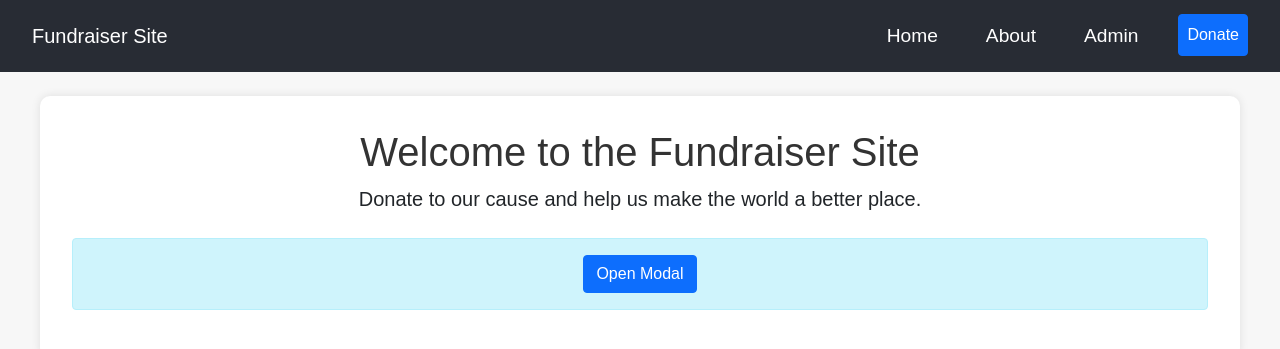
Repository: DragonFruit8/Fundraiser-Page
Page: /
These files come from the project's save history. The page is drawn as it stood at one moment and after the next save; the edit follows.
The browser window is 1280 px wide. The pictures show the whole page.
The project was rebuilt for these pictures with package versions that can differ from the ones it lists, and the page was loaded fresh each time. Also part of the build but not shown: src/pages/About.js, src/pages/Donate.js, src/pages/Admin.js.

Above is the page before, as saved 2024-07-19 14:13:58.

### public/index.html
<!DOCTYPE html>
<html lang="en">
  <head>
    <meta charset="utf-8" />
    <link rel="icon" href="%PUBLIC_URL%/favicon.ico" />
    <meta name="viewport" content="width=device-width, initial-scale=1" />
    <meta name="theme-color" content="#000000" />
    <meta
      name="description"
      content="Web site created using create-react-app"
    />
    <link rel="apple-touch-icon" href="%PUBLIC_URL%/logo192.png" />
    <link
      href="https://cdn.jsdelivr.net/npm/bootstrap@5.0.2/dist/css/bootstrap.min.css"
      rel="stylesheet"
      integrity="sha384-EVSTQN3/azprG1Anm3QDgpJLIm9Nao0Yz1ztcQTwFspd3yD65VohhpuuCOmLASjC"
      crossorigin="anonymous"
    />
    <!--
      manifest.json provides metadata used when your web app is installed on a
      user's mobile device or desktop. See https://developers.google.com/web/fundamentals/web-app-manifest/
    -->
    <link rel="manifest" href="%PUBLIC_URL%/manifest.json" />
    <!--
      Notice the use of %PUBLIC_URL% in the tags above.
      It will be replaced with the URL of the `public` folder during the build.
      Only files inside the `public` folder can be referenced from the HTML.

      Unlike "/favicon.ico" or "favicon.ico", "%PUBLIC_URL%/favicon.ico" will
      work correctly both with client-side routing and a non-root public URL.
      Learn how to configure a non-root public URL by running `npm run build`.
    -->
    <title>React App</title>
  </head>
  <body>
    <noscript>You need to enable JavaScript to run this app.</noscript>
    <div id="root"></div>
    <!--
      This HTML file is a template.
      If you open it directly in the browser, you will see an empty page.

      You can add webfonts, meta tags, or analytics to this file.
      The build step will place the bundled scripts into the <body> tag.

      To begin the development, run `npm start` or `yarn start`.
      To create a production bundle, use `npm run build` or `yarn build`.
    -->
    <script
      src="https://cdn.jsdelivr.net/npm/bootstrap@5.0.2/dist/js/bootstrap.bundle.min.js"
      integrity="sha384-MrcW6ZMFYlzcLA8Nl+NtUVF0sA7MsXsP1UyJoMp4YLEuNSfAP+JcXn/tWtIaxVXM"
      crossorigin="anonymous"
    ></script>
    <script
      src="https://cdn.jsdelivr.net/npm/@popperjs/core@2.9.2/dist/umd/popper.min.js"
      integrity="sha384-IQsoLXl5PILFhosVNubq5LC7Qb9DXgDA9i+tQ8Zj3iwWAwPtgFTxbJ8NT4GN1R8p"
      crossorigin="anonymous"
    ></script>
    <script
      src="https://cdn.jsdelivr.net/npm/bootstrap@5.0.2/dist/js/bootstrap.min.js"
      integrity="sha384-cVKIPhGWiC2Al4u+LWgxfKTRIcfu0JTxR+EQDz/bgldoEyl4H0zUF0QKbrJ0EcQF"
      crossorigin="anonymous"
    ></script>
  </body>
</html>

### src/App.js
import React from 'react';
import { BrowserRouter as Router, Route, Routes } from 'react-router-dom';
import Home from './pages/HomeContainer';
import About from './pages/About';
import Donate from './pages/Donate';
import Admin from './pages/Admin';
import GlobalStyle from './globalStyles';
import Navbar from './components/Navbar';
import './App.css';

const App = () => {
  return (
    <Router>
      <GlobalStyle />
        <Navbar />
      <Routes>
          <Route exact path="/" element={<Home />} />
          <Route path="/about" element={<About />} />
          <Route path="/donate" element={<Donate />} />
          <Route path="/admin" element={<Admin />} />
      </Routes>
    </Router>
  );
};

export default App;

### src/pages/HomeContainer.js

import React, { useState } from 'react';


const HomeContainer = () => {
    const [residentialInfo, setResidentialInfo] = useState({
        name: '',
        email: '',
        address: '',
        city: '',
        state: '',
        zipCode: ''
    });

    const handleChange = (e) => {
        setResidentialInfo({
            ...residentialInfo,
            [e.target.name]: e.target.value
        });
    };

    const handleSubmit = (e) => {
        e.preventDefault();
        // Send residentialInfo to the association for neighbors
        console.log(residentialInfo);
        // Reset the form
        setResidentialInfo({
            name: '',
            email: '',
            address: '',
            city: '',
            state: '',
            zipCode: ''
        });
    };

    return (
        <div className="container mt-4 text-center">
            <h1>Welcome to the Fundraiser Site</h1>
            <p className="lead">Donate to our cause and help us make the world a better place.</p>
            <div className="alert alert-info mt-4" role="alert">
            <button type="button" className="btn btn-primary" data-bs-toggle="modal" data-bs-target="#exampleModal">
                Open Modal
                </button>
            </div>

            <div className="modal fade" id="exampleModal" tabIndex="-1" aria-labelledby="exampleModalLabel" aria-hidden="true">
                <div className="modal-dialog">
                    <div className="modal-content">
                        <div className="modal-header">
                            <h5 className="modal-title" id="exampleModalLabel">Welcome to the Fundraiser Site</h5>
                            <button type="button" className="btn-close" data-bs-dismiss="modal" aria-label="Close"></button>
                        </div>
                        <div className="modal-body">
                            <p className="lead">Donate to our cause and help us make the world a better place.</p>
                            {/* A note for the resident */}
                            <div className="alert alert-info mt-4" role="alert">
                                <h4 className="alert-heading">Note for the Resident</h4>
                                <p>
                                    Please provide your residential information so we can keep you updated on our fundraising events.
                                </p>
                            </div>
                            <div className="card mt-4">
                                <div className="card-body">
                                    <h5 className="card-title">Join our Community of Helpful individuals</h5>
                                    <form onSubmit={handleSubmit}>
                                        <div className="mb-3">
                                            <label htmlFor="name" className="form-label">Name</label>
                                            <input type="text" className="form-control" id="name" placeholder="Enter your name" />
                                        </div>
                                        <div className="mb-3">
                                            <label htmlFor="email" className="form-label">Email</label>
                                            <input type="email" className="form-control" id="email" placeholder="Enter your email" />
                                        </div>
                                        <div className="mb-3">
                                            <label htmlFor="address" className="form-label">Address</label>
                                            <input type="text" className="form-control" id="address" name="address" value={residentialInfo.address} onChange={handleChange} placeholder="Enter your address" />
                                        </div>
                                        <div className="mb-3">
                                            <label htmlFor="city" className="form-label">City</label>
                                            <input type="text" className="form-control" id="city" name="city" value={residentialInfo.city} onChange={handleChange} placeholder="Enter your city" />
                                        </div>
                                        <div className="mb-3">
                                            <label htmlFor="state" className="form-label">State</label>
                                            <input type="text" className="form-control" id="state" name="state" value={residentialInfo.state} onChange={handleChange} placeholder="Enter your state" />
                                        </div>
                                        <div className="mb-3">
                                            <label htmlFor="zipCode" className="form-label">Zip Code</label>
                                            <input type="text" className="form-control" id="zipCode" name="zipCode" value={residentialInfo.zipCode} onChange={handleChange} placeholder="Enter your zip code" />
                                        </div>
                                        <button type="submit" className="btn btn-primary">Submit</button>
                                    </form>
                                </div>
                            </div>
                        </div>
                    </div>
                </div>
            </div>
        </div>
    );
    };


export default HomeContainer;

### src/globalStyles.js
import { createGlobalStyle } from 'styled-components';

const GlobalStyle = createGlobalStyle`
  body {
    margin: 0;
    padding: 0;
    font-family: 'Arial', sans-serif;
    background-color: #f7f7f7;
  }

  nav {
    background-color: #333;
    padding: 1rem;
    display: flex;
    justify-content: center;
  }

  nav a {
    color: #fff;
    margin: 0 1rem;
    text-decoration: none;
    font-size: 1.2rem;
  }

  nav a:hover {
    text-decoration: underline;
  }

  .container {
    max-width: 1200px;
    margin: 0 auto;
    padding: 2rem;
    background-color: #fff;
    box-shadow: 0 0 10px rgba(0, 0, 0, 0.1);
    border-radius: 10px;
  }

  h1 {
    color: #333;
  }

  button {
    background-color: #007BFF;
    color: #fff;
    border: none;
    padding: 0.5rem 1rem;
    font-size: 1rem;
    border-radius: 5px;
    cursor: pointer;
  }

  button:hover {
    background-color: #0056b3;
  }

  input {
    padding: 0.5rem;
    font-size: 1rem;
    margin-right: 0.5rem;
    border-radius: 5px;
    border: 1px solid #ccc;
  }
`;

export default GlobalStyle;

### src/components/Navbar.js
import React from 'react';
import { Link } from 'react-router-dom';

const Navbar = () => {
    return (
        <nav className="navbar navbar-expand-lg text-white">

                <Link className="navbar-brand" to="/">Fundraiser Site</Link>
                <button className="navbar-toggler" type="button" data-bs-toggle="collapse" data-bs-target="#navbarNav" aria-controls="navbarNav" aria-expanded="false" aria-label="Toggle navigation">
                    <span className="navbar-toggler-icon"></span>
                </button>
                <div className="collapse navbar-collapse" id="navbarNav">
                    <ul className="navbar-nav ms-auto">
                        <li className="nav-item">
                            <Link className="nav-link" to="/">Home</Link>
                        </li>
                        <li className="nav-item">
                            <Link className="nav-link" to="/about">About</Link>
                        </li>
                        <li className="nav-item">
                            <Link className="nav-link" to="/admin">Admin</Link>
                        </li>
                        <li className="nav-item">
                            <Link className="nav-link btn btn-primary text-white" to="/donate">Donate</Link>
                        </li>
                    </ul>
                </div>
        </nav>
    );
}

export default Navbar;

### src/App.css
.App {
  text-align: center;
}

.App-logo {
  height: 40vmin;
  pointer-events: none;
}

@media (prefers-reduced-motion: no-preference) {
  .App-logo {
    animation: App-logo-spin infinite 20s linear;
  }
}

.App-header {
  background-color: #282c34;
  min-height: 100vh;
  display: flex;
  flex-direction: column;
  align-items: center;
  justify-content: center;
  font-size: calc(10px + 2vmin);
  color: white;
}

.App-link {
  color: #61dafb;
}
nav.navbar {
  background-color: #282c34 !important;
  min-height: 10vh !important;
  display: flex;
  flex-direction: row;
  align-items: center;
  justify-content: center !important;
  font-size: calc(10px + 2vmin);
  color: black !important;
}
nav.navbar a {
  color: white !important;
}
nav.navbar a:hover {
  color: #61dafb !important;
}
nav.navbar a.active {
  color: #61dafb !important;
}
nav.navbar a.active:hover {
  color: white !important;
}

@keyframes App-logo-spin {
  from {
    transform: rotate(0deg);
  }
  to {
    transform: rotate(360deg);
  }
}

Loaded but not shown: src/index.js (common file); src/index.css (common file)

After the next save:
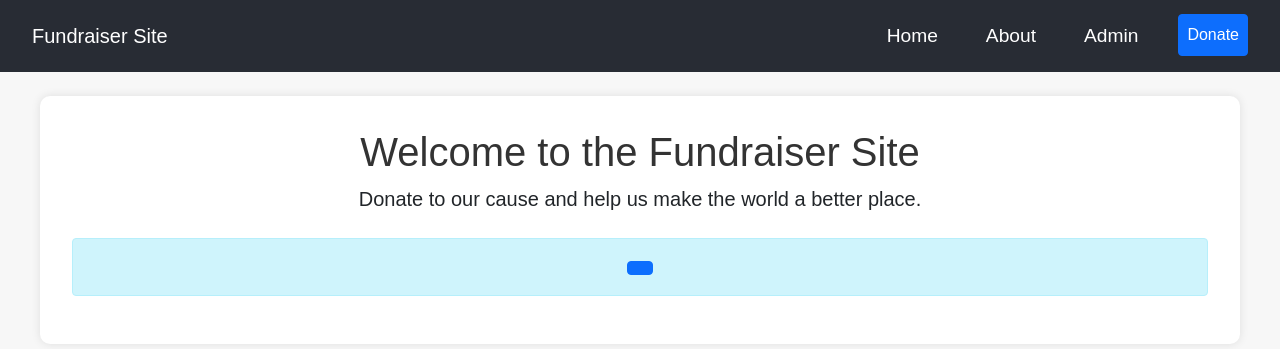
Saved 22 s later.
--- a/src/pages/HomeContainer.js
+++ b/src/pages/HomeContainer.js
@@ -40,7 +40,7 @@ const HomeContainer = () => {
             <p className="lead">Donate to our cause and help us make the world a better place.</p>
             <div className="alert alert-info mt-4" role="alert">
             <button type="button" className="btn btn-primary" data-bs-toggle="modal" data-bs-target="#exampleModal">
-                Open Modal
+
                 </button>
             </div>
 
